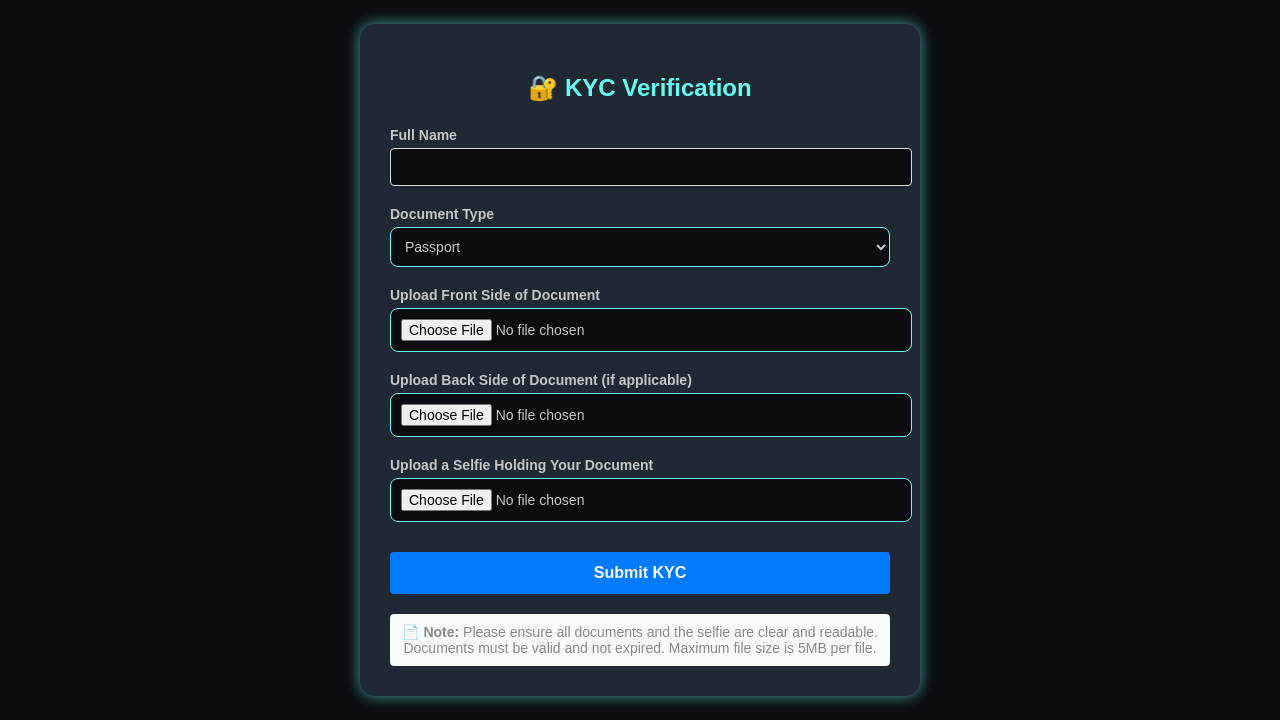
Repository: fredericIT/cypto
Page: http://localhost/user/kyc
The author's editor kept a copy of each file at every save. The page is drawn from the files as they stood at one save, then again after the next save.
The browser window is 1280 px wide. The pictures show the whole page.
The page is served by the project's application, run on Flask 3 (app.py). The user the application loads for id 1 is signed in. The page reads the database file committed with the project. Queries for data that is not in the repository find no rows.

Above is the page before, as saved 2025-04-26 22:29:23.

After the next save:
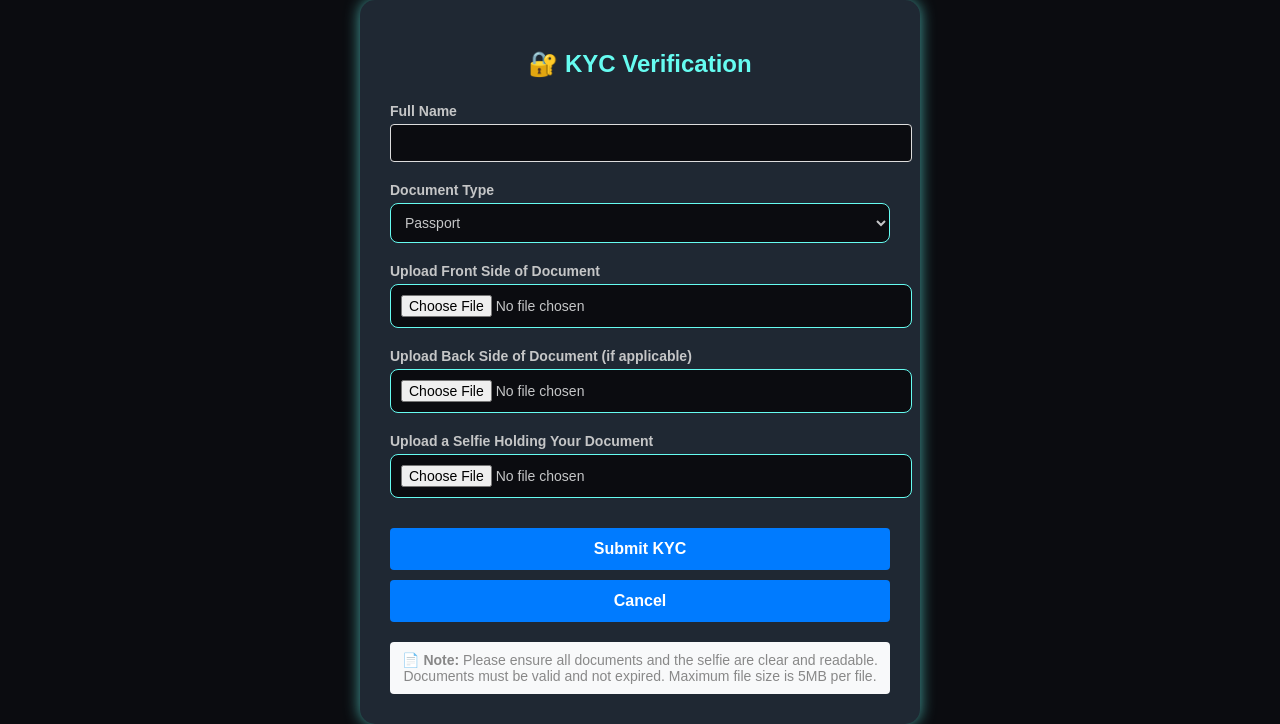
Saved 3 min 2 s later.
--- a/templates/user/kyc.html
+++ b/templates/user/kyc.html
@@ -201,6 +201,7 @@
             <button type="submit" class="submit-btn">
                 {% if kyc %}Update KYC Submission{% else %}Submit KYC{% endif %}
             </button>
+            <button  onclick="javascript:self.history.back()" class="submit-btn">Cancel</button>
         </form>
 
         <div class="note">
